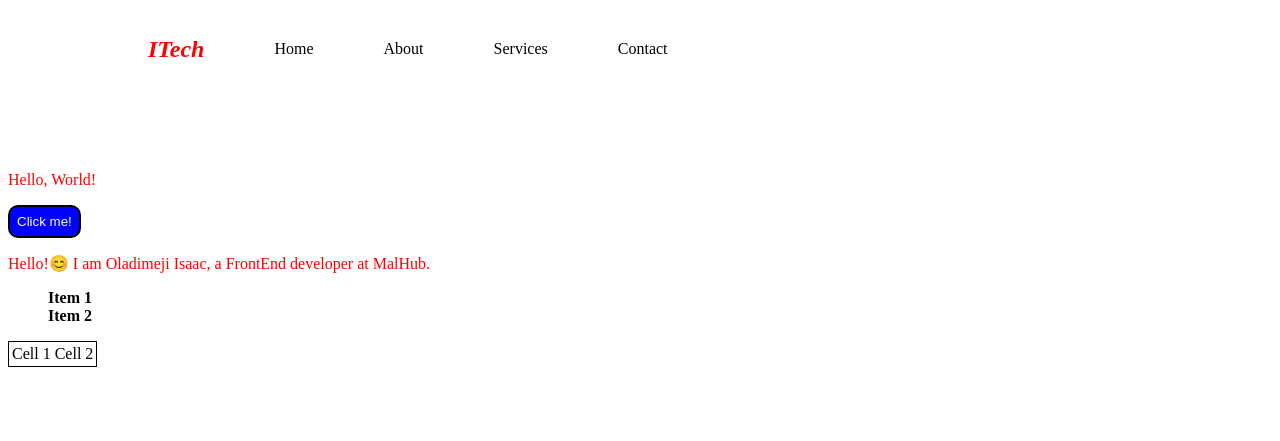
Repository: isaacCodes1/Calculator-with-js
Page: Assigment.html
These files come from the project's save history. The page is drawn as it stood at one moment and after a run of saves; the edit follows.
The browser window is 1280 px wide. The pictures show the whole page.

Above is the page before, as saved 2024-05-22 22:24:11.

After the next 5 saves:
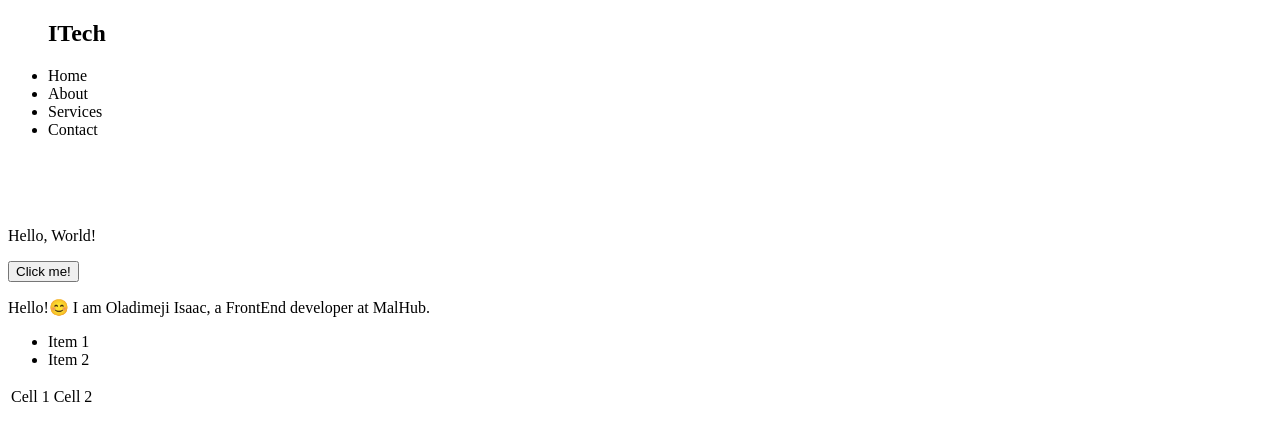
Console error: SyntaxError: Unexpected token ';'
The 5 saves are shown as one change because they came seconds apart.
The last was saved 24 s later.
--- a/Assigment.html
+++ b/Assigment.html
@@ -29,6 +29,7 @@
                 </table>
                 <script>
                 document.getElementById("paragraph").style.color = "red";
+                document.getElementById("paragraph").style.;
                 document.getElementById("para").style. color = "blue";
                 document.getElementById("but").style.padding = "7px";
                 document.getElementById("but").style.borderRadius = "10px";

After the 3 saves that followed:
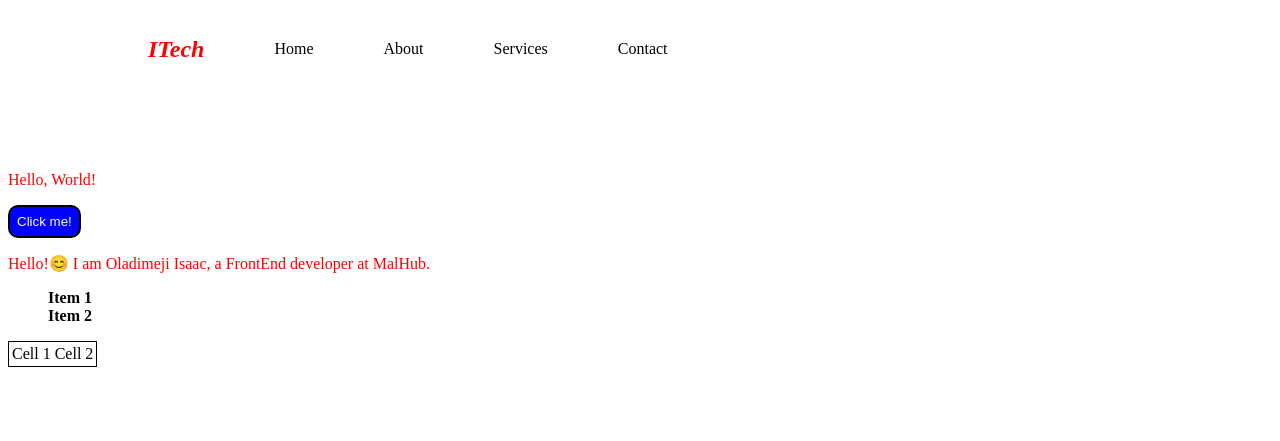
The error is gone.
The 3 saves are shown as one change because they came seconds apart.
The last was saved 8 s later.
--- a/Assigment.html
+++ b/Assigment.html
@@ -29,7 +29,7 @@
                 </table>
                 <script>
                 document.getElementById("paragraph").style.color = "red";
-                document.getElementById("paragraph").style.;
+                document.getElementById("paragraph").style.marginLeft ;
                 document.getElementById("para").style. color = "blue";
                 document.getElementById("but").style.padding = "7px";
                 document.getElementById("but").style.borderRadius = "10px";
